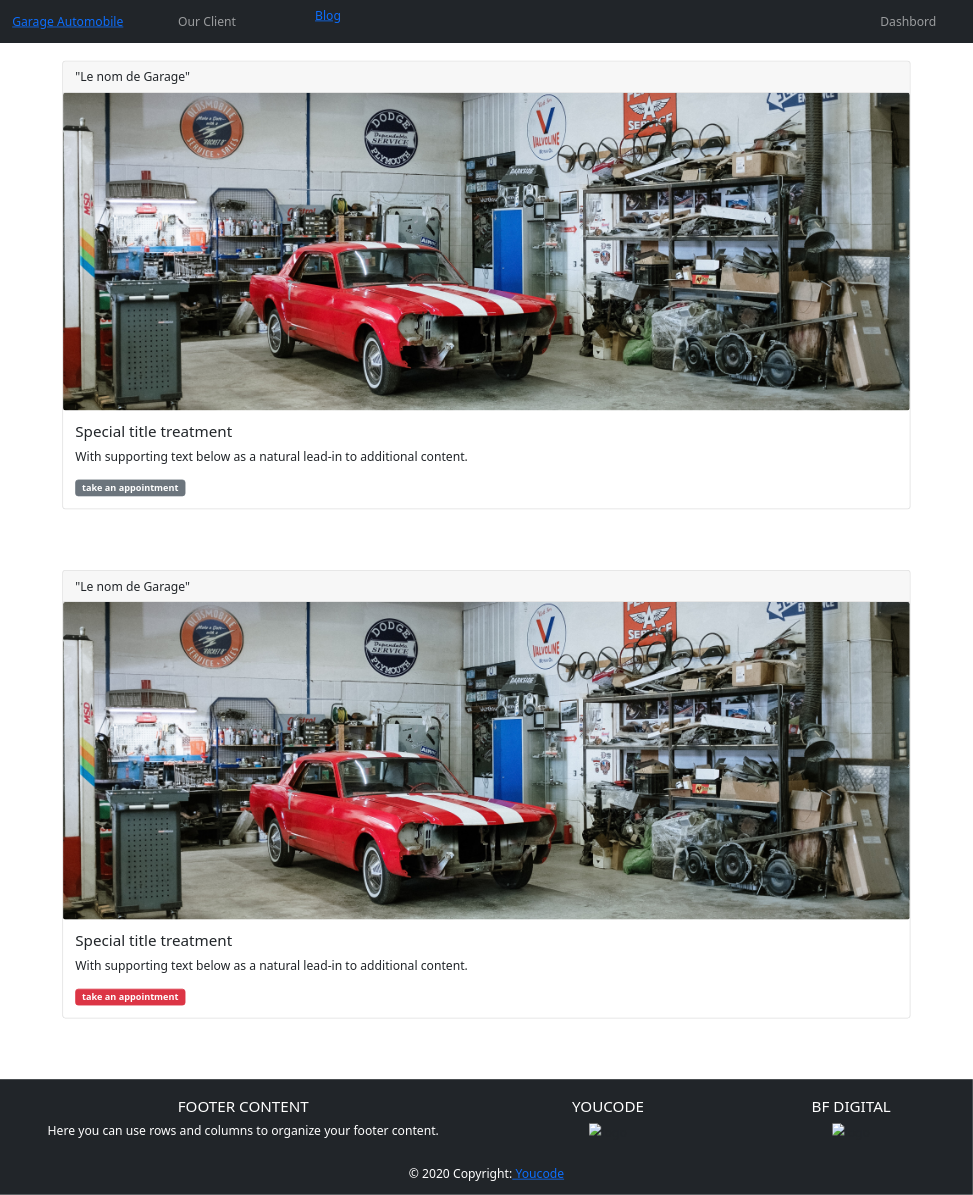
Repository: abdelhak-f/Fil-Rouge
Page: /Blog (app in client/)
An editor plug-in stored every save of this project. The page is shown before and after the next save, followed by the edit.
The browser window is 1280 px wide. The pictures show the whole page, at 76% of full size.
The project was rebuilt for these pictures with package versions that can differ from the ones it lists, and the page was loaded fresh each time. Also part of the build but not shown: client/src/components/Text.jsx, client/src/components/forms/FirstFrontForm.jsx, client/src/components/Body.jsx.

Above is the page before, as saved 2021-09-08 15:25:16.

After the next save:
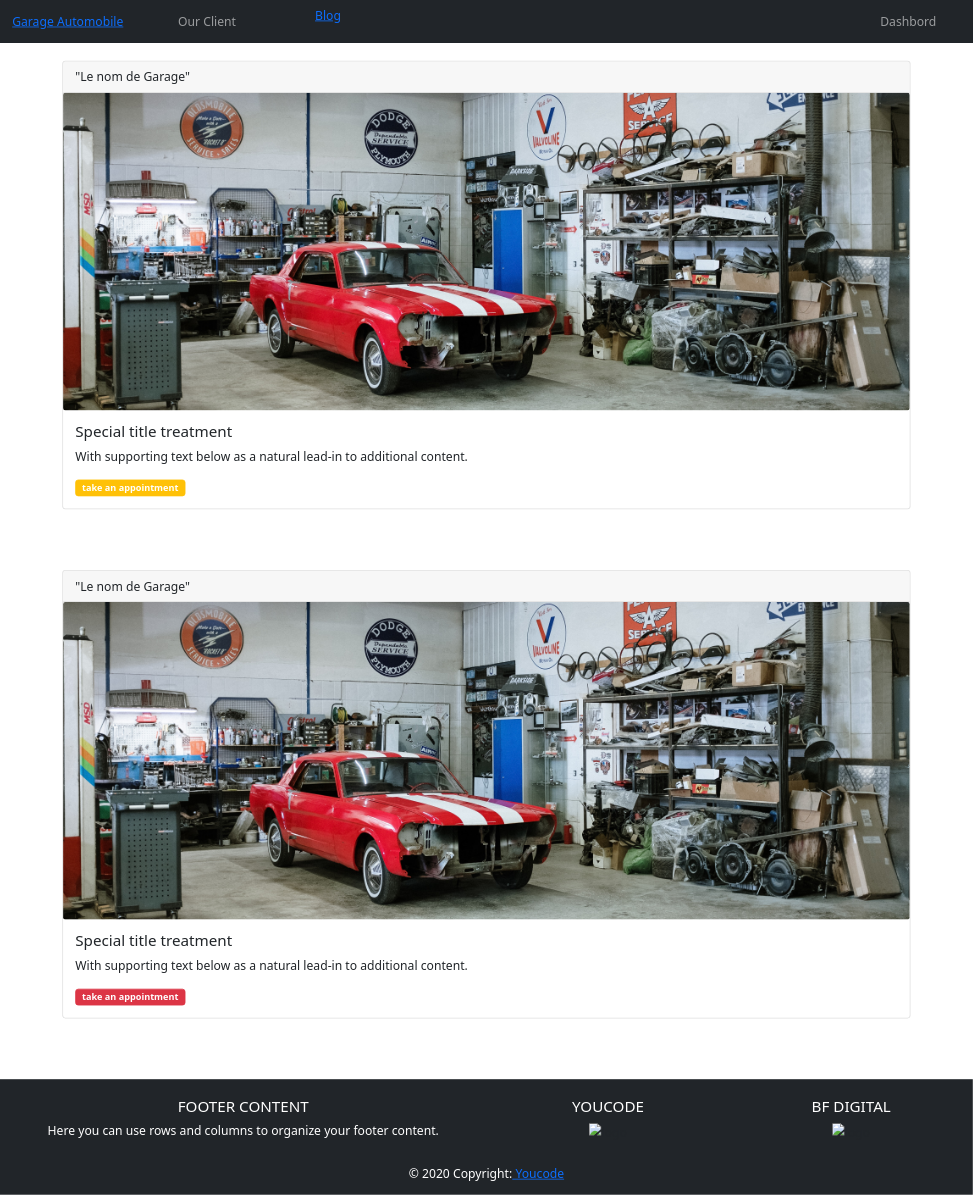
Saved 104 s later.
--- a/client/src/components/Blog.jsx
+++ b/client/src/components/Blog.jsx
@@ -19,7 +19,7 @@ function Blog() {
                  With supporting text below as a natural lead-in to additional content.
             </Card.Text>
             <div>
-            <Button className="badge badge-pill" variant="secondary" text="dark" >
+            <Button className="badge badge-pill" variant="warning" text="dark" >
                take an appointment
             </Button>
             </div>
